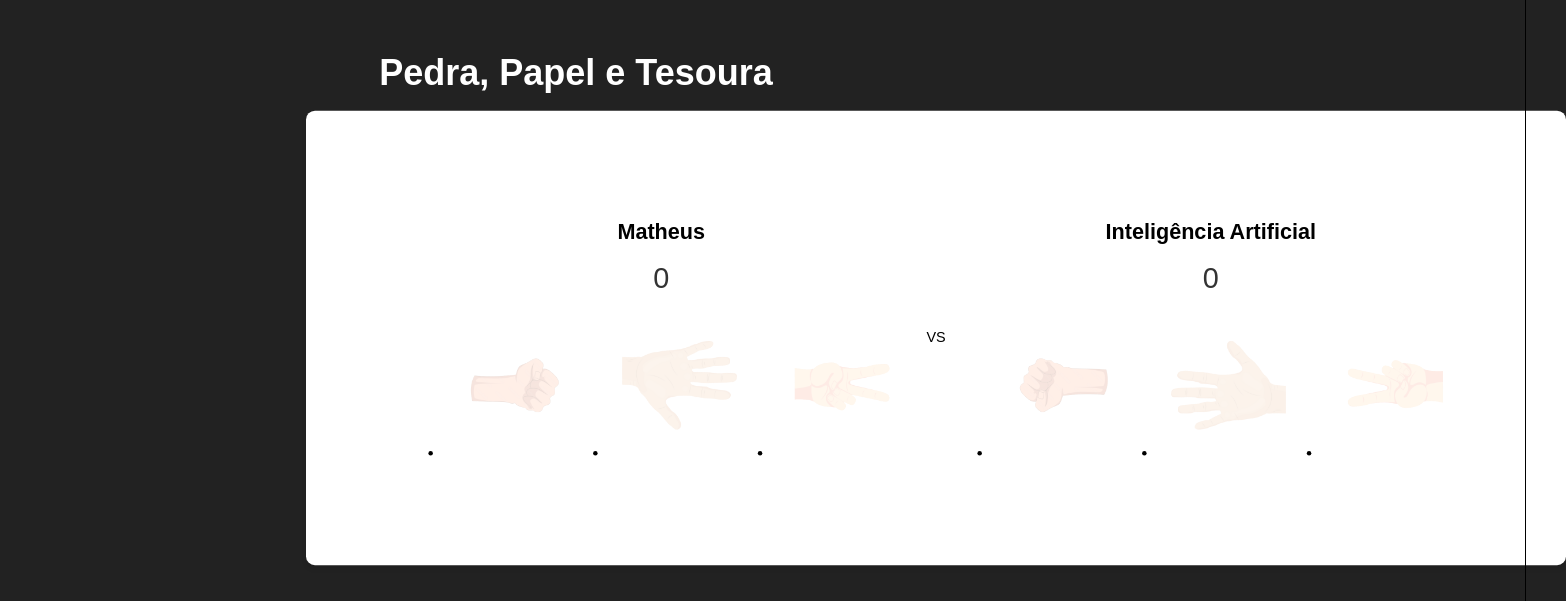
Repository: Matheus904-12/Pedra-Papel
Page: index.html
These files come from the project's save history. The page is drawn as it stood at one moment and after the next save; the edit follows.
The browser window is 1280 px wide. The page is 1740 px wide, then 1280 px, so the pictures cover 1740 px, including what lies to the right of the window. The pictures show the whole page, at 90% of full size.

Above is the page before, as saved 2023-08-28 22:08:33.

### index.html
<!DOCTYPE html>
<html lang="en">
<head>
    <meta charset="UTF-8">
    <meta name="viewport" content="width=device-width, initial-scale=1.0">
    <title>Pedra, Papel e Tesoura</title>
    <link rel="stylesheet" href="style.css">
    <script src="script.js"></script>
</head>
<body>
    <center>
    <div class="box">
        <div class="container">
            <h1 id="titulo">Pedra, Papel e Tesoura</h1>
            <div class="placar" id="placar">
                <div class="jogador">
                    <h2 id="jogadorNome">Matheus</h2>
                    <p id="jogadorPontos">0</p>
                    <ul class="escolhas" id="jogadorEscolha">
                        <li>
                            <a id="jogadorEscolha1" class="escolha" onclick="jogar(1)">
                                <img src="img/1-removebg-preview.png" alt="">
                            </a>
                        </li>
                        <li>
                            <a id="jogadorEscolha2" class="escolha" onclick="jogar(2)">
                                <img src="img/2-removebg-preview.png" alt="">
                            </a>
                        </li>
                        <li>
                            <a id="jogadorEscolha3" class="escolha" onclick="jogar(3)">
                                <img src="img/3-removebg-preview.png" alt="">
                            </a>
                        </li>
                    </ul>
                </div>
                <div id="versus">VS</div>
                <div class="computador">
                    <h2 id="computadorNome">Inteligência Artificial</h2>
                    <p id="computadorPontos">0</p>
                    <ul class="escolhas" id="computadorEscolha">
                        <li>
                            <a id="computadorEscolha1" class="escolha">
                                <img src="img2/1.png" alt="">
                            </a>
                        </li>
                        <li>
                            <a id="computadorEscolha2" class="escolha">
                                <img src="img2/2.png" alt="">
                            </a>
                        </li>
                        <li>
                            <a id="computadorEscolha3" class="escolha">
                                <img src="img2/3.png" alt="">
                            </a>
                        </li>
                    </ul>
                </div>
            </div>
            <div class="mensagem"><p id="mensagem"class="result-message">&nbsp;</p>
    </div>
</center>
</body>
</html>

### style.css
ul#jogadorEscolha li a,
ul#computadorEscolha li a{
    opacity: 0.2;
    transition: ease-in-out 0.3s;
}
ul#jogadorEscolha li a:hover,
ul#jogadorEscolha li a.selecionado,
ul#computadorEscolha li a.selecionado {
    opacity: 1;
}

/* Estilos gerais */
body {
    font-family: 'Arial', sans-serif;
    background-color: #222;
    margin: 0;
    padding: 0;
    transition: background-color 0.5s ease;
    align-items: center;
}

/* Estilo do container principal */
.box {
    display: flex;
    align-items: center;
    justify-content: center;
    min-height: 100vh;
    max-width: 100%;
    margin: 0 auto;
    transition: background-color 0.5s ease;
}

.container {
    width: 100%;
    max-width: 600px;
    text-align: center;
}

/* Estilo do título */
#titulo {
    font-size: 2.5rem;
    color: #fff;
    margin-bottom: 20px;
}

/* Estilo do placar */
.placar {
    display: flex;
    align-items: center;
    justify-content: space-between;
    padding: 100px;
    background-color: #fff;
    border-radius: 10px;
    box-shadow: 0 4px 6px rgba(0, 0, 0, 0.1);
    width: 100vw;
    margin: 0;
    max-width: 1200px;
}

.jogador,
.computador {
    width: 50%;
}

.jogador p,
.computador p {
    font-size: 2rem;
    color: #333;
    margin: 0;
}

.escolhas {
    display: flex;
    justify-content: space-around;
    margin-top: 20px;
}

.escolhas img {
    max-width: 160px;
    cursor: pointer;
    transition: transform 0.3s ease;
}

.escolhas img:hover {
    transform: scale(1.1);
}

/* Estilo do resultado/mensagem */
.result-message {
    font-size: 1.2rem;
    margin-top: 20px;
    color: #fff;
}

.result-message.vitoria {
    color: #4CAF50;
}

.result-message.derrota {
    color: #FF5733;
}

.result-message.empate {
    color: #FFC300;
}

/* Estilo do botão reiniciar */
.reiniciar-jogo {
    background-color: #3498db;
    border: none;
    color: white;
    padding: 10px 20px;
    text-align: center;
    text-decoration: none;
    display: inline-block;
    font-size: 16px;
    border-radius: 5px;
    cursor: pointer;
    transition: background-color 0.3s ease;
}

.reiniciar-jogo:hover {
    background-color: #2980b9;
}

/* Estilo do histórico */
.historico {
    text-align: center;
    margin-top: 20px;
}

.historico-toggle {
    background-color: #333;
    border: none;
    color: white;
    padding: 5px 10px;
    font-size: 14px;
    border-radius: 5px;
    cursor: pointer;
    transition: background-color 0.3s ease;
}

.historico-toggle:hover {
    background-color: #222;
}

.historico-list {
    list-style: none;
    padding: 0;
    display: none;
    text-align: left;
}

.historico-list li {
    font-size: 14px;
    margin-bottom: 5px;
    color: #fff;
}

### script.js
let jogadorEscolha = 0;
let jogadorPontos = 0;
let computadorEscolha = 0;
let computadorPontos = 0;
let ganhador = -1;
let historico = [];

function jogar(escolha){
    jogadorEscolha = escolha;
    computadorEscolha = Math.floor(Math.random() * 3) + 1;


/*PEDRA = 1
  PAPEL = 2
  TESOURA = 3
*/

if (jogadorEscolha == 1 && computadorEscolha == 1) {
    ganhador = 0;
    //*PEDRA = PEDRA*//
} else if (jogadorEscolha == 1 && computadorEscolha == 2) {
    ganhador = 2;
    //PEDRA E PAPEL = PAPEL//
} else if (jogadorEscolha == 1 && computadorEscolha == 3) {
    ganhador = 1;
    //PEDRA E TESOURA = PEDRA//
} else if (jogadorEscolha == 2 && computadorEscolha == 1) {
    ganhador = 1;
    //PAPEL E PEDRA = PEDRA
} else if (jogadorEscolha == 2 && computadorEscolha == 2) {
    ganhador =  0;
    //PAPEL E PAPEL = NADA
} else if (jogadorEscolha == 2 && computadorEscolha == 3) {
    ganhador = 2;
    //PAPEL E TESOURA = TESOURA
} else if (jogadorEscolha == 3 && computadorEscolha == 1) {
    ganhador = 2;
    //TESOURA E PEDRA = PEDRA
} else if (jogadorEscolha == 3 && computadorEscolha == 2) {
    ganhador = 1;
    //TESOURA E PAPEL = TESOURA
} else if (jogadorEscolha == 3 && computadorEscolha == 3) {
    ganhador = 0;
    //TESOURA E TESOURA = EMPATE
}


document.getElementById('jogadorEscolha1').classList.remove('selecionado');
document.getElementById('jogadorEscolha2').classList.remove('selecionado');
document.getElementById('jogadorEscolha3').classList.remove('selecionado');
document.getElementById('computadorEscolha1').classList.remove('selecionado');
document.getElementById('computadorEscolha2').classList.remove('selecionado');
document.getElementById('computadorEscolha3').classList.remove('selecionado');



document.getElementById('jogadorEscolha'+jogadorEscolha).classList.add('selecionado');
document.getElementById('computadorEscolha'+computadorEscolha).classList.add('selecionado');


/*
EMPATE = 0;
JOGADOR = 1;
COMPUTADOR = 2;
*/


// Atualizar placar
if (ganhador === 1) {
    jogadorPontos++;
} else if (ganhador === 2) {
    computadorPontos++;
}

document.getElementById('jogadorPontos').textContent = jogadorPontos;
document.getElementById('computadorPontos').textContent = computadorPontos;


// Mensagem do resultado
let mensagem = '';
if (ganhador === 1) {
    mensagem = 'Você venceu!';
} else if (ganhador === 2) {
    mensagem = 'Você perdeu!';
} else {
    mensagem = 'Empate!';
}

// Adicionar ao histórico
historico.push({
    jogador: jogadorEscolha,
    computador: computadorEscolha,
    resultado: ganhador
});

// Atualizar elementos na página
document.getElementById('jogadorPontos').textContent = jogadorPontos;
document.getElementById('computadorPontos').textContent = computadorPontos;
document.querySelector('.result-message').textContent = mensagem;
document.querySelector('.result-message').className = `result-message ${ganhadorClass}`;

// Exibir histórico
mostrarHistorico();

// Adicionar classe de estilo à mensagem
let mensagemElement = document.getElementById('mensagem');
mensagemElement.classList.remove('vitoria', 'derrota', 'empate');
if (ganhador === 1) {
    mensagemElement.classList.add('vitoria');
} else if (ganhador === 2) {
    mensagemElement.classList.add('derrota');
} else {
    mensagemElement.classList.add('empate');
}
}

function mostrarHistorico() {
let historicoList = document.getElementById('historico-list');
historicoList.innerHTML = '';

for (let i = 0; i < historico.length; i++) {
    let item = historico[i];
    let resultado = '';
    if (item.resultado === 1) {
        resultado = 'Vitória';
    } else if (item.resultado === 2) {
        resultado = 'Derrota';
    } else {
        resultado = 'Empate';
    }

    let listItem = document.createElement('li');
    listItem.textContent = `Jogador: ${item.jogador} | Computador: ${item.computador} | Resultado: ${resultado}`;
    historicoList.appendChild(listItem);
}


document.getElementById('historico-toggle').addEventListener('click', function() {
    const historicoList = document.querySelector('.historico-list');
    historicoList.style.display = historicoList.style.display === 'none' ? 'block' : 'none';
    this.textContent = historicoList.style.display === 'none' ? 'Ver Histórico' : 'Esconder Histórico';
});

// Mensagem do resultado
let mensagem = '';
if (ganhador === 1) {
    mensagem = 'Você venceu!';
} else if (ganhador === 2) {
    mensagem = 'Você perdeu!';
} else {
    mensagem = 'Empate!';
}

// Adicionar ao histórico
historico.push({
    jogador: jogadorEscolha,
    computador: computadorEscolha,
    resultado: ganhador
});


// Atualizar elementos na página
document.getElementById('jogadorPontos').textContent = jogadorPontos;
document.getElementById('computadorPontos').textContent = computadorPontos;
document.querySelector('.result-message').textContent = mensagem;
document.querySelector('.result-message').className = `result-message ${ganhadorClass}`;


 // Adicionar classe de estilo à mensagem
let mensagemElement = document.querySelector('.mensagem');
mensagemElement.classList.remove('vitoria', 'derrota', 'empate');
if (ganhador === 1) {
    mensagemElement.classList.add('vitoria');
} else if (ganhador === 2) {
    mensagemElement.classList.add('derrota');
} else {
    mensagemElement.classList.add('empate');
}

// Atualizar estilo da página com base no resultado
document.querySelector('.box').className = `box ${ganhadorClass}`;




// Atualizar cor de fundo com base no resultado
if (ganhador === 1) {
    document.body.style.backgroundColor = '#4CAF50'; // Verde
} else if (ganhador === 2) {
    document.body.style.backgroundColor = '#FF5733'; // Vermelho
} else {
    document.body.style.backgroundColor = '#FFC300'; // Amarelo
}


// Selecionar escolha do jogador
document.getElementById(`jogadorEscolha${jogadorEscolha}`).classList.add('selecionado');


// Atualizar escolhas do jogador
document.getElementById(`jogadorEscolha${jogadorEscolha}`).classList.add('selecionado');
document.getElementById(`computadorEscolha${computadorEscolha}`).classList.add('selecionado');

// Atualizar estilo da página com base no resultado
document.querySelector('.box').className = `box ${ganhadorClass}`;

// Função para reiniciar o jogo
function reiniciarJogo() {
    jogadorPontos = 0;
    computadorPontos = 0;
    historico = [];
    limparEscolhas();
    atualizarPlacar();
    limparMensagem();
    mostrarHistorico();
    resetarEstiloPagina();
}

// Limpar escolhas selecionadas
function limparEscolhas() {
    document.querySelectorAll('.escolha').forEach(element => {
        element.classList.remove('selecionado');
    });
}

// Atualizar placar
function atualizarPlacar() {
    document.getElementById('jogadorPontos').textContent = jogadorPontos;
    document.getElementById('computadorPontos').textContent = computadorPontos;
}

// Limpar mensagem do resultado
function limparMensagem() {
    document.querySelector('.result-message').textContent = '';
    document.querySelector('.mensagem').className = 'mensagem';
}

// Resetar estilo da página
function resetarEstiloPagina() {
    document.querySelector('.box').className = 'box';
}

// Botão de reiniciar o jogo
document.getElementById('reiniciar-jogo').addEventListener('click', function() {
    reiniciarJogo();
});


// Função para reiniciar o jogo
function reiniciarJogo() {
    jogadorPontos = 0;
    computadorPontos = 0;
    historico = [];
    limparEscolhas();
    atualizarPlacar();
    limparMensagem();
    mostrarHistorico();
    resetarEstiloPagina();
}

// Limpar escolhas selecionadas
function limparEscolhas() {
    document.querySelectorAll('.escolha').forEach(element => {
        element.classList.remove('selecionado');
    });
}

// Atualizar placar
function atualizarPlacar() {
    document.getElementById('jogadorPontos').textContent = jogadorPontos;
    document.getElementById('computadorPontos').textContent = computadorPontos;
}

// Limpar mensagem do resultado
function limparMensagem() {
    document.querySelector('.result-message').textContent = '';
    document.querySelector('.mensagem').className = 'mensagem';
}

// Resetar estilo da página
function resetarEstiloPagina() {
    document.querySelector('.box').className = 'box';
}

// Botão de reiniciar o jogo
document.getElementById('reiniciar-jogo').addEventListener('click', function() {
    reiniciarJogo();
});


}

After the next save:
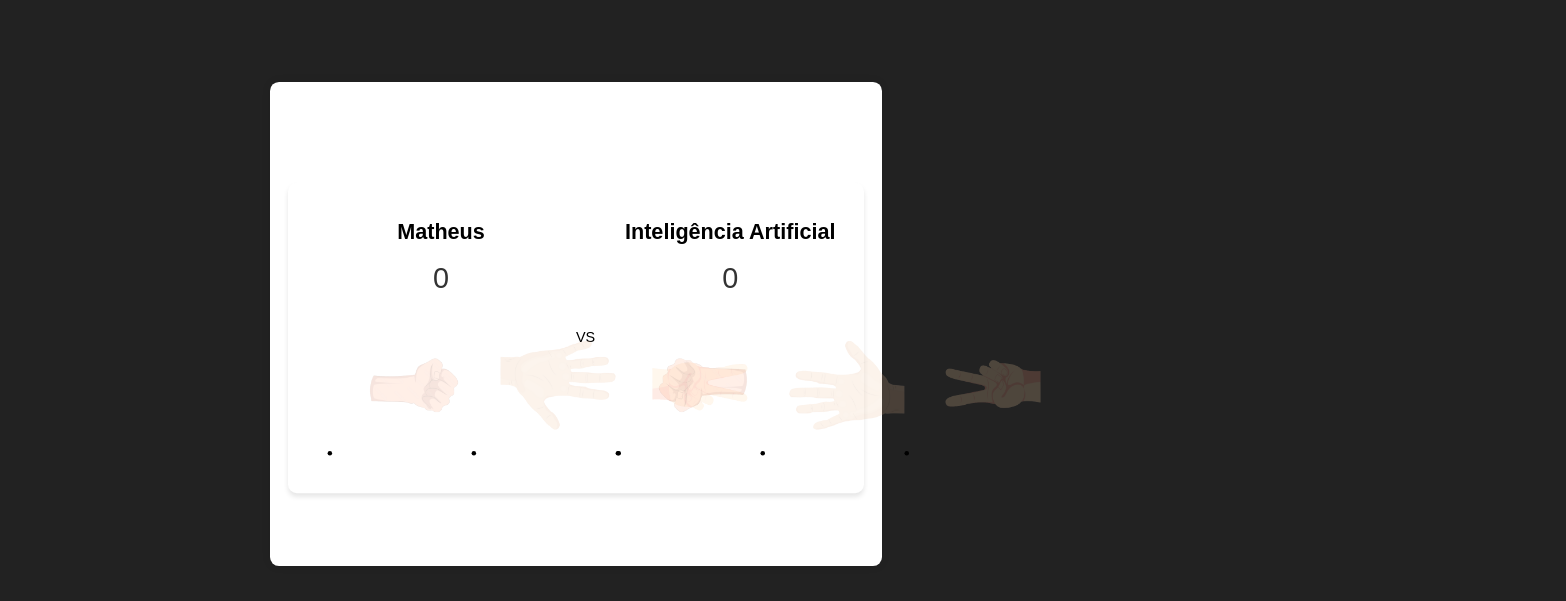
Saved 43 s later.
--- a/style.css
+++ b/style.css
@@ -1,8 +1,10 @@
+/* Estilos para as escolhas do jogador e do computador */
 ul#jogadorEscolha li a,
-ul#computadorEscolha li a{
+ul#computadorEscolha li a {
     opacity: 0.2;
     transition: ease-in-out 0.3s;
 }
+
 ul#jogadorEscolha li a:hover,
 ul#jogadorEscolha li a.selecionado,
 ul#computadorEscolha li a.selecionado {
@@ -16,24 +18,22 @@ body {
     margin: 0;
     padding: 0;
     transition: background-color 0.5s ease;
+    display: flex;
     align-items: center;
+    justify-content: center;
+    min-height: 100vh;
 }
 
 /* Estilo do container principal */
 .box {
     display: flex;
+    flex-direction: column;
     align-items: center;
     justify-content: center;
-    min-height: 100vh;
-    max-width: 100%;
-    margin: 0 auto;
-    transition: background-color 0.5s ease;
-}
-
-.container {
-    width: 100%;
-    max-width: 600px;
-    text-align: center;
+    background-color: #fff;
+    box-shadow: 0 0 10px rgba(0, 0, 0, 0.1);
+    border-radius: 10px;
+    padding: 20px;
 }
 
 /* Estilo do título */
@@ -48,13 +48,13 @@ body {
     display: flex;
     align-items: center;
     justify-content: space-between;
-    padding: 100px;
+    padding: 20px;
     background-color: #fff;
     border-radius: 10px;
     box-shadow: 0 4px 6px rgba(0, 0, 0, 0.1);
-    width: 100vw;
-    margin: 0;
-    max-width: 1200px;
+    width: 100%;
+    max-width: 600px;
+    margin-top: 20px;
 }
 
 .jogador,
@@ -117,6 +117,7 @@ body {
     border-radius: 5px;
     cursor: pointer;
     transition: background-color 0.3s ease;
+    margin-top: 20px;
 }
 
 .reiniciar-jogo:hover {
